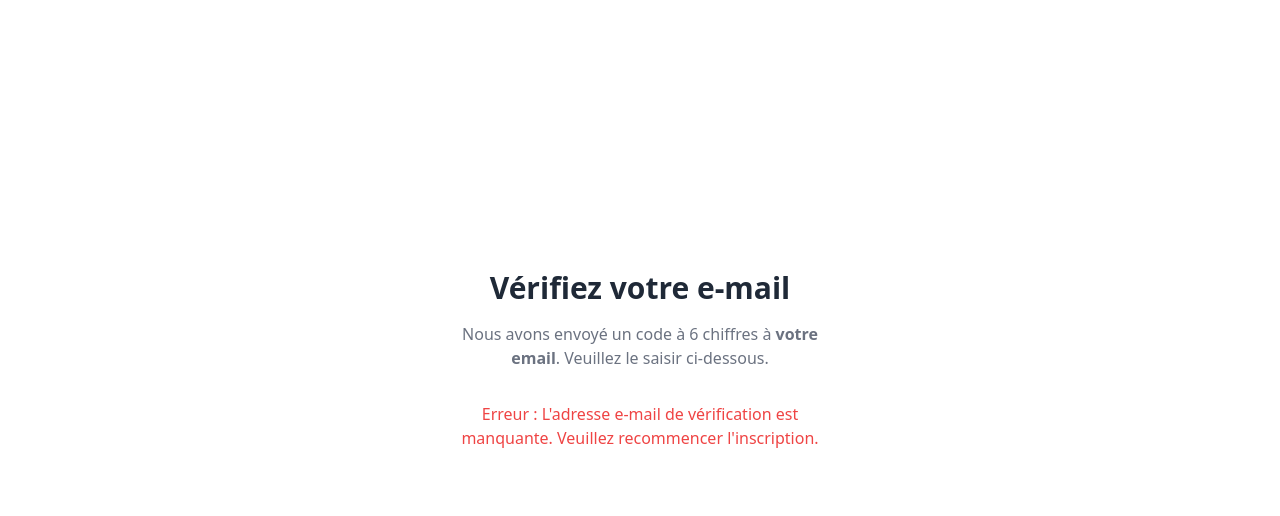
Repository: Mouad-git/edtpro
Page: gestion_edt/public/verify.html
An editor plug-in stored every save of this project. The page is shown before and after the next save, followed by the edit.
The browser window is 1280 px wide. The pictures show the whole page.
Some web libraries are served in a nearby version.

Above is the page before, as saved 2025-08-08 19:02:19.

After the next save:
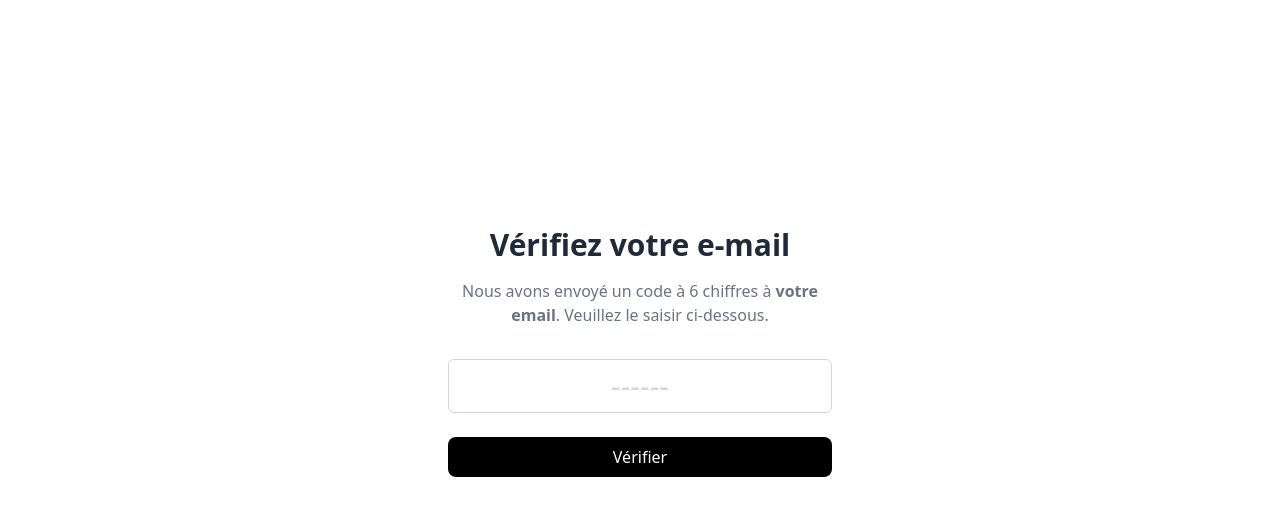
Saved 14 s later.
--- a/gestion_edt/public/verify.html
+++ b/gestion_edt/public/verify.html
@@ -29,59 +29,7 @@
     </div>
 
     <script>
-        document.addEventListener('DOMContentLoaded', function() {
-            const urlParams = new URLSearchParams(window.location.search);
-            const email = urlParams.get('email');
-            const feedbackEl = document.getElementById('feedback');
 
-            // --- CORRECTION CLÉ ---
-            // On vérifie immédiatement si l'email est présent dans l'URL.
-            if (!email) {
-                // Si l'email est manquant, on ne peut pas continuer. On affiche une erreur et on bloque.
-                feedbackEl.className = 'feedback-error';
-                feedbackEl.textContent = "Erreur : L'adresse e-mail de vérification est manquante. Veuillez recommencer l'inscription.";
-                document.getElementById('verifyForm').style.display = 'none'; // On cache le formulaire
-                return; // On arrête le script ici.
-            }
-
-            // Si l'email est présent, on l'affiche et on remplit le champ caché.
-            document.getElementById('user-email').textContent = email;
-            document.getElementById('hidden-email').value = email;
-
-            document.getElementById('verifyForm').addEventListener('submit', function(e) {
-                e.preventDefault();
-                feedbackEl.textContent = '';
-                feedbackEl.className = '';
-
-                const formData = new FormData(this);
-                const data = Object.fromEntries(formData.entries());
-
-                // Le champ 'email' est maintenant inclus grâce à l'input caché
-
-                fetch('../api/auth/verify_code.php', {
-                    method: 'POST',
-                    headers: { 'Content-Type': 'application/json' },
-                    body: JSON.stringify(data)
-                })
-                .then(response => response.json())
-                .then(result => {
-                    if (result.success) {
-                        feedbackEl.className = 'feedback-success';
-                        feedbackEl.textContent = result.message + " Redirection vers la page de connexion...";
-                        setTimeout(() => {
-                            window.location.href = 'login.html';
-                        }, 3000);
-                    } else {
-                        feedbackEl.className = 'feedback-error';
-                        feedbackEl.textContent = result.message || "Une erreur est survenue.";
-                    }
-                })
-                .catch(error => {
-                    feedbackEl.className = 'feedback-error';
-                    feedbackEl.textContent = "Erreur de communication avec le serveur.";
-                });
-            });
-        });
     </script>
 </body>
 </html>

After the save that followed:
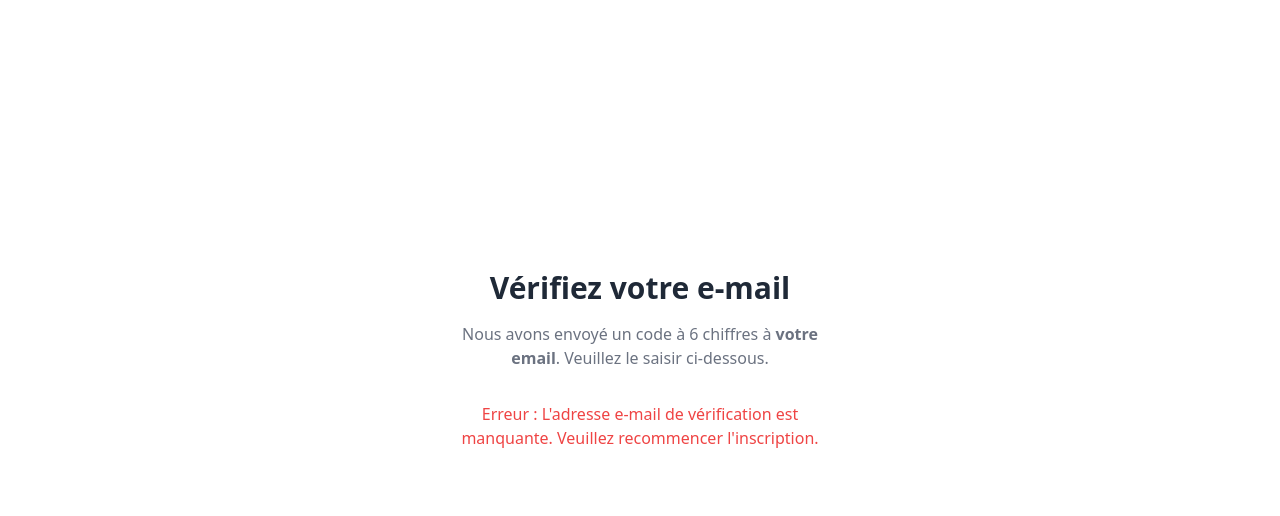
Saved 6 s later.
--- a/gestion_edt/public/verify.html
+++ b/gestion_edt/public/verify.html
@@ -29,7 +29,59 @@
     </div>
 
     <script>
+        document.addEventListener('DOMContentLoaded', function() {
+            const urlParams = new URLSearchParams(window.location.search);
+            const email = urlParams.get('email');
+            const feedbackEl = document.getElementById('feedback');
 
+            // --- CORRECTION CLÉ ---
+            // On vérifie immédiatement si l'email est présent dans l'URL.
+            if (!email) {
+                // Si l'email est manquant, on ne peut pas continuer. On affiche une erreur et on bloque.
+                feedbackEl.className = 'feedback-error';
+                feedbackEl.textContent = "Erreur : L'adresse e-mail de vérification est manquante. Veuillez recommencer l'inscription.";
+                document.getElementById('verifyForm').style.display = 'none'; // On cache le formulaire
+                return; // On arrête le script ici.
+            }
+
+            // Si l'email est présent, on l'affiche et on remplit le champ caché.
+            document.getElementById('user-email').textContent = email;
+            document.getElementById('hidden-email').value = email;
+
+            document.getElementById('verifyForm').addEventListener('submit', function(e) {
+                e.preventDefault();
+                feedbackEl.textContent = '';
+                feedbackEl.className = '';
+
+                const formData = new FormData(this);
+                const data = Object.fromEntries(formData.entries());
+
+                // Le champ 'email' est maintenant inclus grâce à l'input caché
+
+                fetch('../api/auth/verify_code.php', {
+                    method: 'POST',
+                    headers: { 'Content-Type': 'application/json' },
+                    body: JSON.stringify(data)
+                })
+                .then(response => response.json())
+                .then(result => {
+                    if (result.success) {
+                        feedbackEl.className = 'feedback-success';
+                        feedbackEl.textContent = result.message + " Redirection vers la page de connexion...";
+                        setTimeout(() => {
+                            window.location.href = 'login.html';
+                        }, 3000);
+                    } else {
+                        feedbackEl.className = 'feedback-error';
+                        feedbackEl.textContent = result.message || "Une erreur est survenue.";
+                    }
+                })
+                .catch(error => {
+                    feedbackEl.className = 'feedback-error';
+                    feedbackEl.textContent = "Erreur de communication avec le serveur.";
+                });
+            });
+        });
     </script>
 </body>
 </html>
